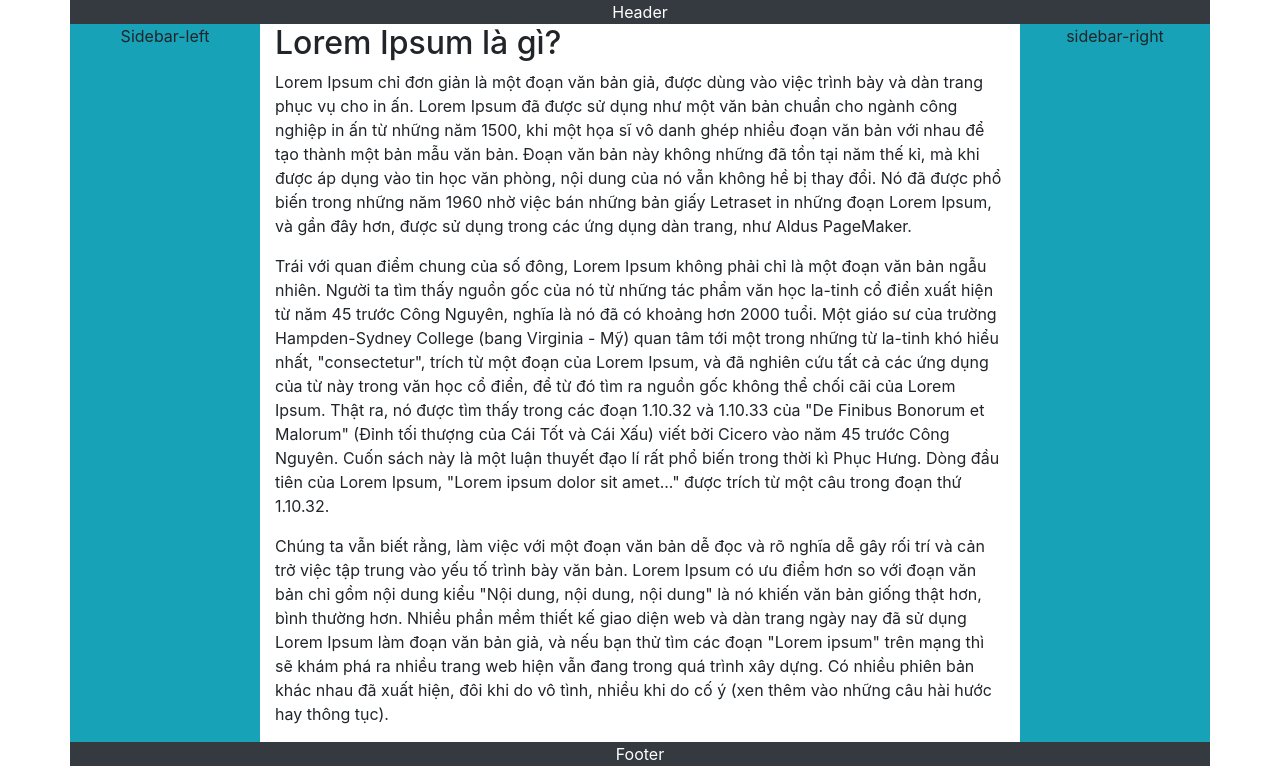
Repository: anhtu2110/front_end
Page: lesson/bootstrap/grid-layout/2.3.ex-ex_layout_3_col.html
The author's editor kept a copy of each file at every save. The page is drawn from the files as they stood at one save, then again after the next save.
The browser window is 1280 px wide. The pictures show the whole page.

Above is the page before, as saved 2022-12-08 20:02:10.

### lesson/bootstrap/grid-layout/2.3.ex-ex_layout_3_col.html
<!DOCTYPE html>
<html lang="en">
  <head>
    <meta charset="UTF-8" />
    <meta http-equiv="X-UA-Compatible" content="IE=edge" />
    <meta name="viewport" content="width=device-width, initial-scale=1.0" />
    <link rel="stylesheet" href="./bootstrap/css/bootstrap.min.css" />
    <title>Xây dựng layout 3 cột với bootstrap</title>
  </head>
  <body>
    <div id="wrapper">
      <div id="header">
        <div class="container text-center bg-dark text-white">
          <div class="row">
            <div class="col-12">Header</div>
          </div>
        </div>
      </div>
      <!-- END HEADER  -->
      <div id="wp-content">
        <div class="container">
          <div class="row">
            <div class="col-2 text-center bg-info">Sidebar-left</div>
            <div class="col-8">
              <h2>Lorem Ipsum là gì?</h2>
              <p>
                Lorem Ipsum chỉ đơn giản là một đoạn văn bản giả, được dùng vào
                việc trình bày và dàn trang phục vụ cho in ấn. Lorem Ipsum đã
                được sử dụng như một văn bản chuẩn cho ngành công nghiệp in ấn
                từ những năm 1500, khi một họa sĩ vô danh ghép nhiều đoạn văn
                bản với nhau để tạo thành một bản mẫu văn bản. Đoạn văn bản này
                không những đã tồn tại năm thế kỉ, mà khi được áp dụng vào tin
                học văn phòng, nội dung của nó vẫn không hề bị thay đổi. Nó đã
                được phổ biến trong những năm 1960 nhờ việc bán những bản giấy
                Letraset in những đoạn Lorem Ipsum, và gần đây hơn, được sử dụng
                trong các ứng dụng dàn trang, như Aldus PageMaker.
              </p>
              <p>
                Trái với quan điểm chung của số đông, Lorem Ipsum không phải chỉ
                là một đoạn văn bản ngẫu nhiên. Người ta tìm thấy nguồn gốc của
                nó từ những tác phẩm văn học la-tinh cổ điển xuất hiện từ năm 45
                trước Công Nguyên, nghĩa là nó đã có khoảng hơn 2000 tuổi. Một
                giáo sư của trường Hampden-Sydney College (bang Virginia - Mỹ)
                quan tâm tới một trong những từ la-tinh khó hiểu nhất,
                "consectetur", trích từ một đoạn của Lorem Ipsum, và đã nghiên
                cứu tất cả các ứng dụng của từ này trong văn học cổ điển, để từ
                đó tìm ra nguồn gốc không thể chối cãi của Lorem Ipsum. Thật ra,
                nó được tìm thấy trong các đoạn 1.10.32 và 1.10.33 của "De
                Finibus Bonorum et Malorum" (Đỉnh tối thượng của Cái Tốt và Cái
                Xấu) viết bởi Cicero vào năm 45 trước Công Nguyên. Cuốn sách này
                là một luận thuyết đạo lí rất phổ biến trong thời kì Phục Hưng.
                Dòng đầu tiên của Lorem Ipsum, "Lorem ipsum dolor sit amet..."
                được trích từ một câu trong đoạn thứ 1.10.32.
              </p>
              <p>
                Chúng ta vẫn biết rằng, làm việc với một đoạn văn bản dễ đọc và
                rõ nghĩa dễ gây rối trí và cản trở việc tập trung vào yếu tố
                trình bày văn bản. Lorem Ipsum có ưu điểm hơn so với đoạn văn
                bản chỉ gồm nội dung kiểu "Nội dung, nội dung, nội dung" là nó
                khiến văn bản giống thật hơn, bình thường hơn. Nhiều phần mềm
                thiết kế giao diện web và dàn trang ngày nay đã sử dụng Lorem
                Ipsum làm đoạn văn bản giả, và nếu bạn thử tìm các đoạn "Lorem
                ipsum" trên mạng thì sẽ khám phá ra nhiều trang web hiện vẫn
                đang trong quá trình xây dựng. Có nhiều phiên bản khác nhau đã
                xuất hiện, đôi khi do vô tình, nhiều khi do cố ý (xen thêm vào
                những câu hài hước hay thông tục).
              </p>
            </div>
            <div class="col-2 text-center bg-info">sidebar-right</div>
          </div>
        </div>
      </div>
      <!-- END WP-CONTENT  -->
      <div id="footer">
        <div class="container bg-dark text-white text-center">
          <div class="row">
            <div class="col-12">Footer</div>
          </div>
        </div>
      </div>
      <!-- END FOOTER  -->
    </div>
  </body>
</html>

Loaded but not shown: lesson/bootstrap/grid-layout/bootstrap/css/bootstrap.min.css (library)

After the next save:
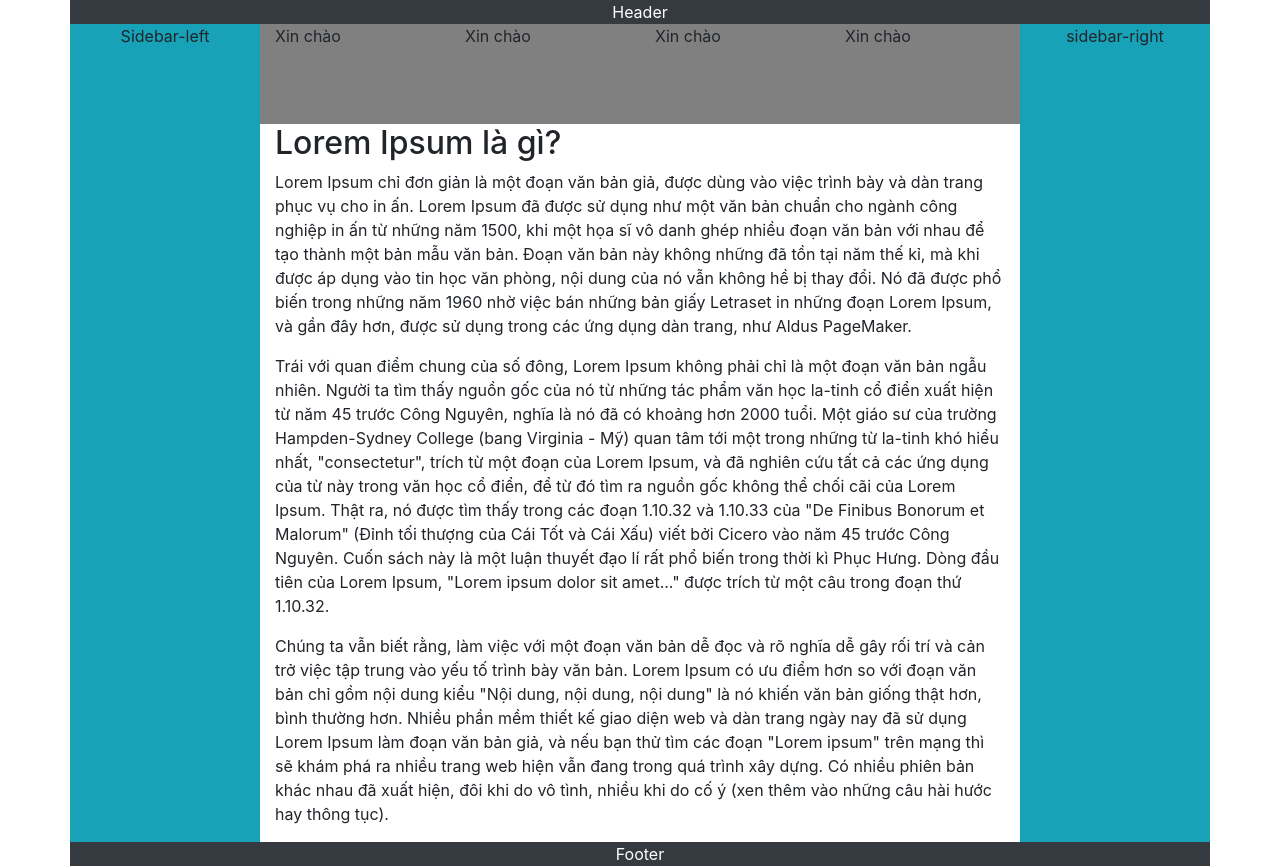
Saved 20 min 54 s later.
--- a/lesson/bootstrap/grid-layout/2.3.ex-ex_layout_3_col.html
+++ b/lesson/bootstrap/grid-layout/2.3.ex-ex_layout_3_col.html
@@ -22,6 +22,12 @@
           <div class="row">
             <div class="col-2 text-center bg-info">Sidebar-left</div>
             <div class="col-8">
+              <div class="row">
+                <div class="col-3" style="height: 100px; background-color: gray;">Xin chào</div>
+                <div class="col-3" style="height: 100px; background-color: gray;">Xin chào</div>
+                <div class="col-3" style="height: 100px; background-color: gray;">Xin chào</div>
+                <div class="col-3" style="height: 100px; background-color: gray;">Xin chào</div>
+              </div>
               <h2>Lorem Ipsum là gì?</h2>
               <p>
                 Lorem Ipsum chỉ đơn giản là một đoạn văn bản giả, được dùng vào
